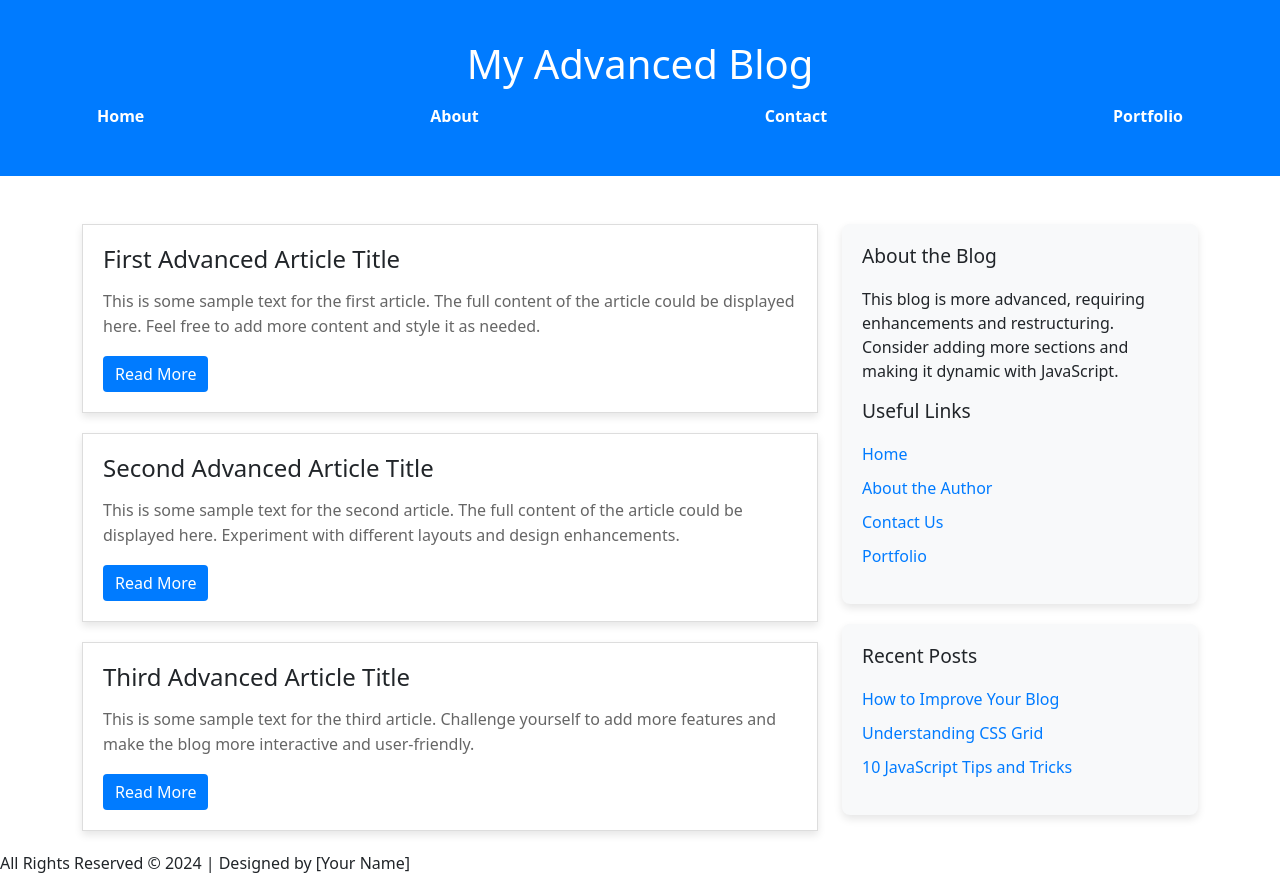
Repository: zeinawady/Blog-Code-Refactoring
Page: index.html
The author's editor kept a copy of each file at every save. The page is drawn from the files as they stood at one save, then again after the next save.
The browser window is 1280 px wide. The pictures show the whole page.

Above is the page before, as saved 2024-09-23 14:16:12.

### index.html
<!DOCTYPE html>
<html lang="en">
  <head>
    <meta charset="UTF-8" />
    <meta name="viewport" content="width=device-width, initial-scale=1.0" />
    <title>My Advanced Blog</title>
    <link rel="stylesheet" href="style.css">
    <link
      href="https://cdn.jsdelivr.net/npm/bootstrap@5.1.3/dist/css/bootstrap.min.css"
      rel="stylesheet"
    />

  </head>
  <body>
    <header>
      <h1>My Advanced Blog</h1>

      <div class="container ">
        <nav class="navbar">
        <a href="#" >Home</a>
        <a href="#">About</a>
        <a href="#" >Contact</a>
        <a href="#">Portfolio</a>
 </nav>
      </div>



    </header>

    <div class="container mt-5">
      <div class="row">
        <div class="col-lg-8">
          <article>
            <h2>First Advanced Article Title</h2>
            <p>
              This is some sample text for the first article. The full content
              of the article could be displayed here. Feel free to add more
              content and style it as needed.
            </p>
            <button class="btn btn-primary">Read More</button>
          </article>
          <article>
            <h2>Second Advanced Article Title</h2>
            <p>
              This is some sample text for the second article. The full content
              of the article could be displayed here. Experiment with different
              layouts and design enhancements.
            </p>
            <button class="btn btn-primary">Read More</button>
          </article>
          <article>
            <h2>Third Advanced Article Title</h2>
            <p>
              This is some sample text for the third article. Challenge yourself
              to add more features and make the blog more interactive and
              user-friendly.
            </p>
            <button class="btn btn-primary">Read More</button>
          </article>
        </div>
        <div class="col-md-4">
          <aside>
            <h3>About the Blog</h3>
            <p>
              This blog is more advanced, requiring enhancements and
              restructuring. Consider adding more sections and making it dynamic
              with JavaScript.
            </p>
            <h3>Useful Links</h3>
            <ul>
              <li><a href="#">Home</a></li>
              <li><a href="#">About the Author</a></li>
              <li><a href="#">Contact Us</a></li>
              <li><a href="#">Portfolio</a></li>
            </ul>
          </aside>
          <aside>
            <h3>Recent Posts</h3>
            <ul>
              <li><a href="#">How to Improve Your Blog</a></li>
              <li><a href="#">Understanding CSS Grid</a></li>
              <li><a href="#">10 JavaScript Tips and Tricks</a></li>
            </ul>
          </aside>
        </div>
      </div>
    </div>

    <footer>
      <p>All Rights Reserved © 2024 | Designed by [Your Name]</p>
    </footer>

    <script src="https://cdn.jsdelivr.net/npm/bootstrap@5.1.3/dist/js/bootstrap.bundle.min.js"></script>
  </body>
</html>

### style.css
body {
    font-family: Arial, sans-serif;
    background-color: #f4f4f9;
  }
  header {
    background-color: #007bff;
    color: white;
    padding: 40px 0;
    text-align: center;
    position: relative;
  }
  header::after {
    content: "";
    position: absolute;
    bottom: -20px;
    left: 50%;
    transform: translateX(-50%);
    width: 100px;
    height: 5px;
    background-color: white;
  }
  /* .navbar {
    display: flex;
    justify-content: center;
    margin-top: 20px;
  } */
  nav a {
    color: white;
    margin: 0 15px;
    text-decoration: none;
    font-weight: bold;
  }
  nav a:hover {
    text-decoration: underline;
  }
  article {
    border: 1px solid #ddd;
    margin-bottom: 20px;
    padding: 20px;
    background-color: white;
    box-shadow: 0 4px 8px rgba(0, 0, 0, 0.1);
    transition: transform 0.3s ease, box-shadow 0.3s ease;
  }
 artcile:hover {
    transform: translateY(-5px);
    box-shadow: 0 8px 16px rgba(0, 0, 0, 0.2);
  }
  article h2 {
    font-size: 1.5rem;
    margin-bottom: 15px;
  }
  article p {
    color: #666;
    line-height: 1.6;
  }
  article .btn-primary {
    background-color: #007bff;
    border: none;
  }
  article .btn-primary:hover {
    background-color: #0056b3;
  }
  aside {
    background-color: #f8f9fa;
    padding: 20px;
    border-radius: 8px;
    box-shadow: 0 4px 8px rgba(0, 0, 0, 0.1);
    margin-bottom: 20px;
  }
  aside h3 {
    margin-bottom: 20px;
    font-size: 1.2rem;
  }
  aside ul {
    list-style-type: none;
    padding-left: 0;
  }
  aside ul li {
    margin-bottom: 10px;
  }
  aside ul li a {
    color: #007bff;
    text-decoration: none;
  }
  aside ul li a:hover {
    text-decoration: underline;
  }
  .footer {
    background-color: #343a40;
    color: white;
    text-align: center;
    padding: 20px;
    margin-top: 40px;
  }
  .footer p {
    margin: 0;
  }

After the next save:
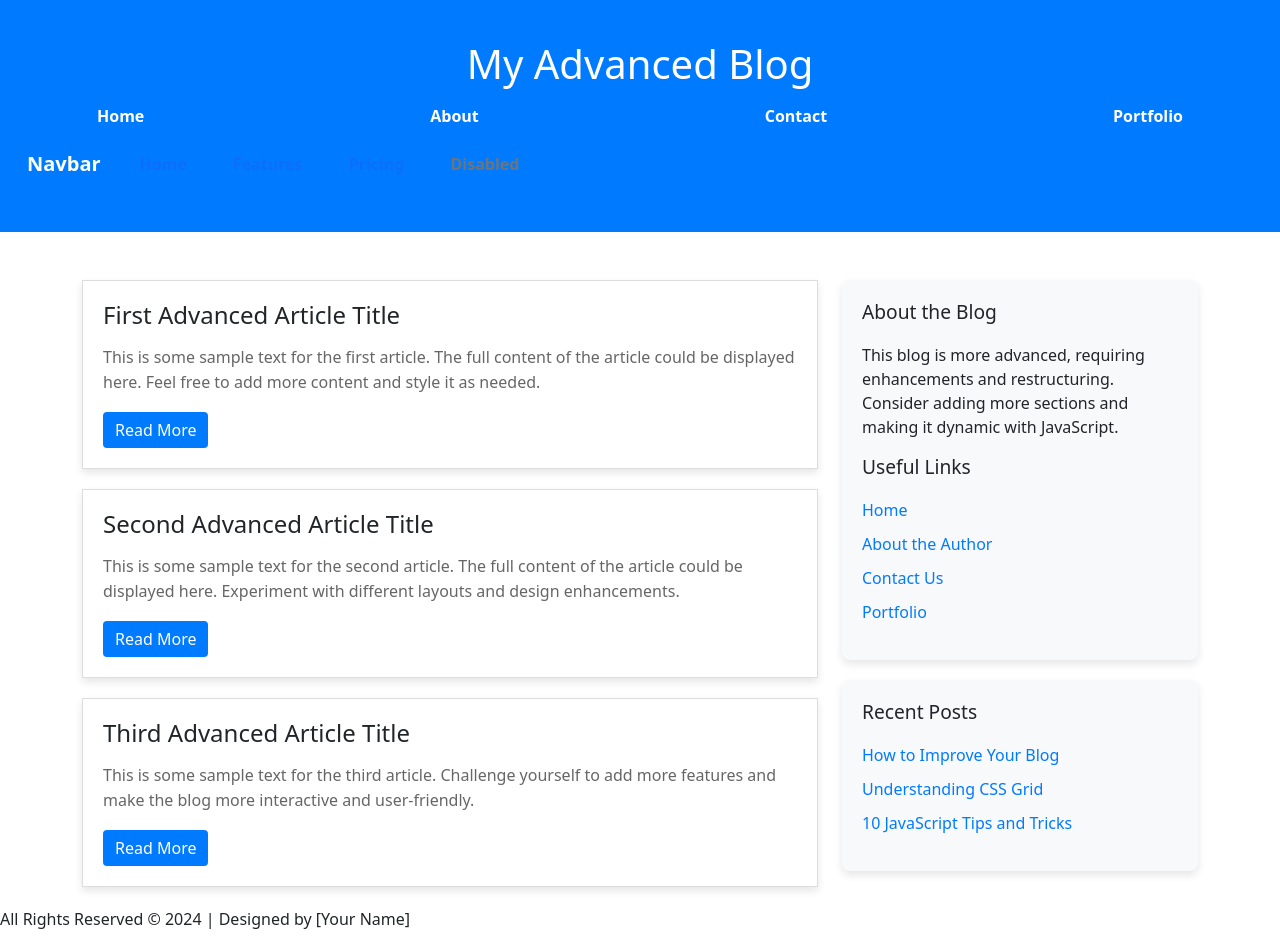
Saved 104 s later.
--- a/index.html
+++ b/index.html
@@ -23,7 +23,30 @@
         <a href="#">Portfolio</a>
  </nav>
       </div>
-
+      <nav class="navbar navbar-expand-lg bg-body-tertiary">
+        <div class="container-fluid">
+          <a class="navbar-brand" href="#">Navbar</a>
+          <button class="navbar-toggler" type="button" data-bs-toggle="collapse" data-bs-target="#navbarNav" aria-controls="navbarNav" aria-expanded="false" aria-label="Toggle navigation">
+            <span class="navbar-toggler-icon"></span>
+          </button>
+          <div class="collapse navbar-collapse" id="navbarNav">
+            <ul class="navbar-nav">
+              <li class="nav-item">
+                <a class="nav-link active" aria-current="page" href="#">Home</a>
+              </li>
+              <li class="nav-item">
+                <a class="nav-link" href="#">Features</a>
+              </li>
+              <li class="nav-item">
+                <a class="nav-link" href="#">Pricing</a>
+              </li>
+              <li class="nav-item">
+                <a class="nav-link disabled" aria-disabled="true">Disabled</a>
+              </li>
+            </ul>
+          </div>
+        </div>
+      </nav>
 
 
     </header>
